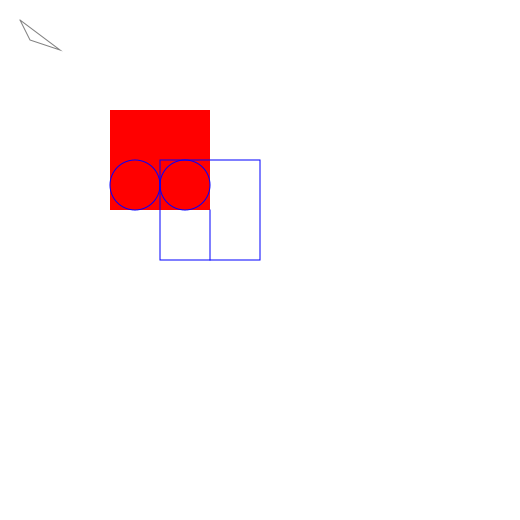
Repository: 1KimjaeGwan/java-javafx-study
Program's window: java javafx/12_canvas/src/c1_draw/AppMain.java
The author's editor kept a copy of each file at every save. The program's window is drawn from the files as they stood at one save, then again after the next save.
It runs on Java 21 on a 1366 x 768 screen with JavaFX 11; the title bar is not drawn. It also reads javafx/12_canvas/src/c1_draw/cat3.jpg.

Above is the program's window before, as saved 2021-11-24 02:24:42.

### javafx/12_canvas/src/c1_draw/AppMain.java
package c1_draw;

import java.io.IOException;

import javafx.application.Application;
import javafx.fxml.FXMLLoader;
import javafx.scene.Parent;
import javafx.scene.Scene;
import javafx.scene.canvas.Canvas;
import javafx.scene.canvas.GraphicsContext;
import javafx.scene.image.Image;
import javafx.scene.paint.Color;
import javafx.stage.Stage;

public class AppMain extends Application {

	// 도화지
	private Canvas canvas;

	// 그리기 도구
	private GraphicsContext gc;


	@Override
	public void start(Stage primaryStage) {
		try {
			Parent root = FXMLLoader.load(
				getClass().getResource("Draw.fxml")
			);
			Scene scene = new Scene(root);
			primaryStage.setScene(scene);
			primaryStage.setResizable(false);
			primaryStage.show();

			canvas = (Canvas)root.lookup("#canvas");
			// canvas에 그려줄 그리기 도구
			gc = canvas.getGraphicsContext2D();

			draw();

		} catch (IOException e) {}
	}

	private void draw() {
		// 채우기색상
		gc.setFill(Color.RED);
		// 가로위치, 세로위치, 너비(폭), 높이
		gc.fillRect(100, 100, 100, 100);
		// 외곽선만 있는 사각형
		gc.setStroke(Color.BLUE);
		gc.strokeRect(150, 150, 100, 100);

		// 호를 그리는 도구
		gc.strokeOval(100, 150, 50, 50);
		gc.strokeOval(150, 150, 50, 50);

		// 선그리기 도구
		// (시작X,시작Y,끝X,끝Y)
		gc.strokeLine(200, 200, 200, 250);

		// 여러 선을 이어서 그려주는 녀석
		gc.beginPath();	// 선그리기 시작
		gc.setStroke(new Color(0.5,0.5,0.5,1));
		gc.lineTo(10, 10);
		gc.lineTo(20, 30);
		gc.lineTo(50, 40);
		gc.lineTo(10, 10);
		gc.stroke();

		// 이미지를 그리기 도구
		Image image = new Image(
			getClass().getResource("cat3.jpg").toString()
		);

	}

	public static void main(String[] args) {
		launch(args);
	}
}

### javafx/12_canvas/src/c1_draw/Draw.fxml
<?xml version="1.0" encoding="UTF-8"?>

<?import javafx.geometry.*?>
<?import java.lang.*?>
<?import javafx.scene.canvas.*?>
<?import javafx.scene.layout.*?>
<?import javafx.scene.layout.BorderPane?>

<BorderPane xmlns:fx="http://javafx.com/fxml/1" xmlns="http://javafx.com/javafx/8">
   <center>
      <Canvas id="canvas" height="500.0" width="500.0" BorderPane.alignment="CENTER" />
   </center>
   <padding>
      <Insets bottom="10.0" left="10.0" right="10.0" top="10.0" />
   </padding>
</BorderPane>

After the next save:
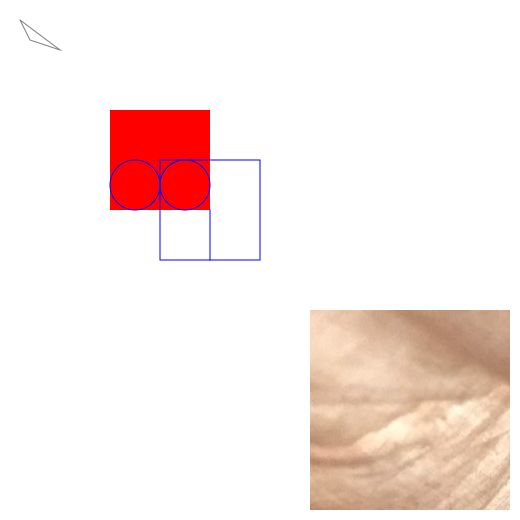
Saved 16 s later.
--- a/javafx/12_canvas/src/c1_draw/AppMain.java
+++ b/javafx/12_canvas/src/c1_draw/AppMain.java
@@ -71,6 +71,7 @@
 		Image image = new Image(
 			getClass().getResource("cat3.jpg").toString()
 		);
+		gc.drawImage(image, 300, 300);
 
 	}
 
